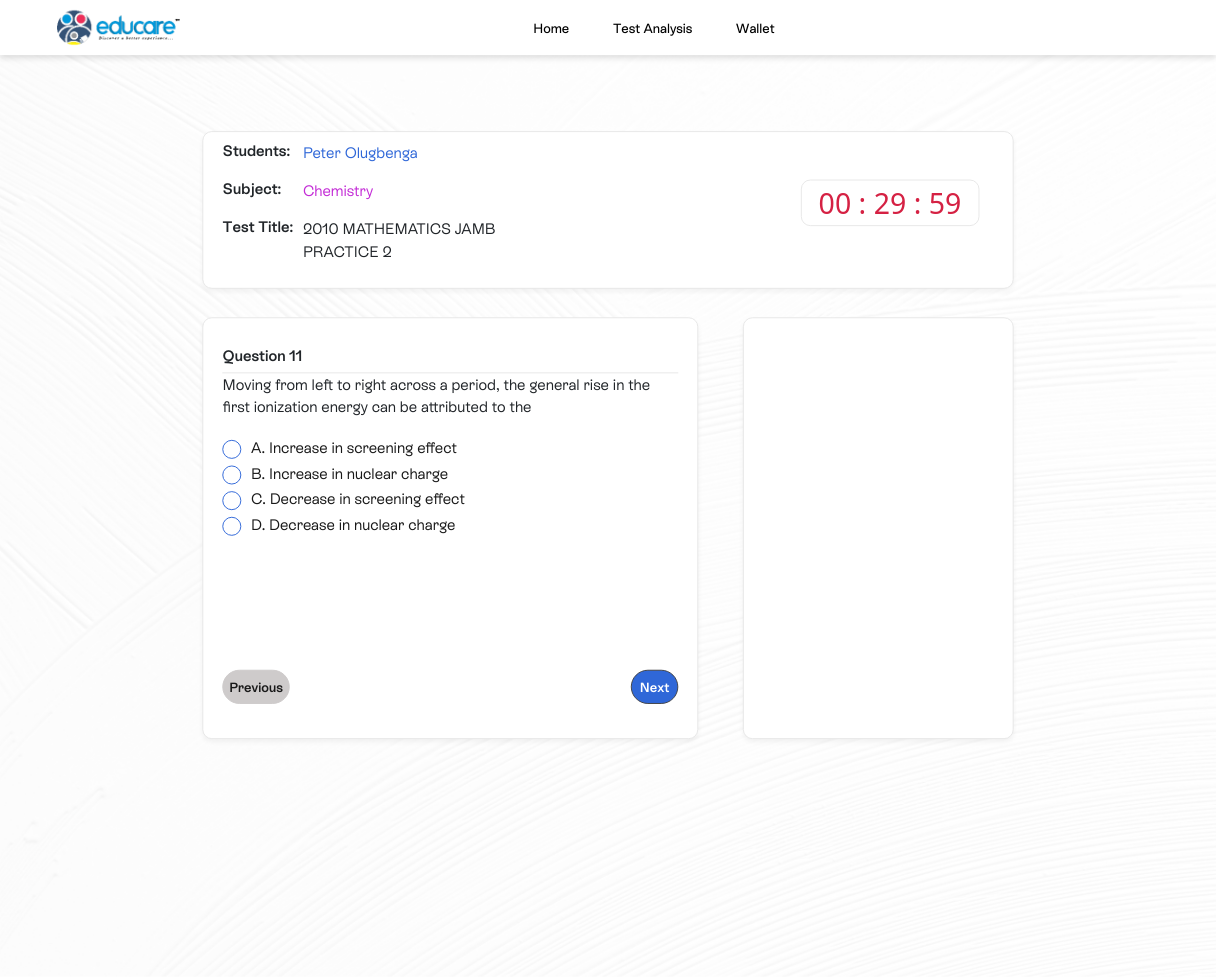
Repository: sarahnnanyelugo/educare-cbt
Page: /questions-dashboard
These files come from the project's save history. The page is drawn as it stood at one moment and after the next save; the edit follows.
The browser window is 1280 px wide. The pictures show the whole page, at 95% of full size.
The project was rebuilt for these pictures with package versions that can differ from the ones it lists, and the page was loaded fresh each time. Also part of the build but not shown: src/components/Form/Form.js, src/pages/AuthenticationPage/auth.scss, src/pages/AuthenticationPage/AuthenticationPage.js, src/components/TestModal/test-modal.scss, src/components/TestModal/TestModal.js, src/components/Exams/Exams.js, src/TestData/examsData.js, src/TestData/questionsData.js and 5 more. Imported but missing from the stored project, and not drawn on this page: src/components/Form/Password, src/components/GoogleButton/GoogleButton.

Above is the page before, as saved 2023-11-06 09:28:29.

After the next save:
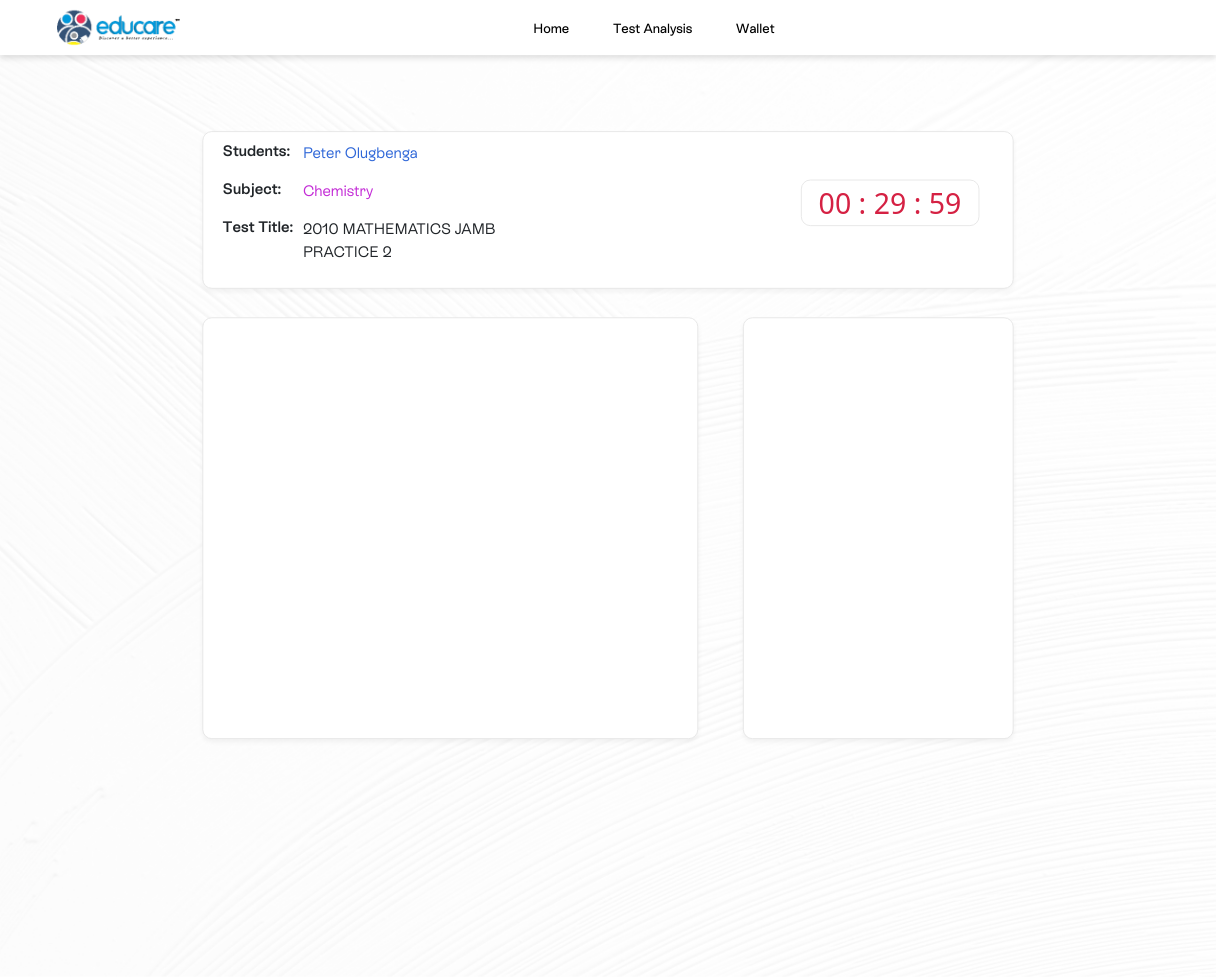
Saved 78 s later.
--- a/src/pages/Question/QuestionsDashboard.js
+++ b/src/pages/Question/QuestionsDashboard.js
@@ -32,56 +32,7 @@ export const QuestionsDashboard = () => {
         <div className="col-md-8 offset-md-2 flexy">
           {" "}
           <div className="col-md-8 ">
-            <div className="col-md-11  instructions">
-              <div className="title-div">
-                {" "}
-                <h6>Question 11</h6>
-              </div>
-              <p>
-                Moving from left to right across a period, the general rise in
-                the first ionization energy can be attributed to the
-              </p>
-              <div>
-                <input
-                  type="radio"
-                  id="answer-a"
-                  name="answers"
-                  value="answer-a"
-                />
-                <label for="answer-a">A. Increase in screening effect</label>
-              </div>
-              <div>
-                <input
-                  type="radio"
-                  id="answer-b"
-                  name="answers"
-                  value="answer-b"
-                />
-                <label for="answer-b">B. Increase in nuclear charge</label>
-              </div>
-              <div>
-                <input
-                  type="radio"
-                  id="answer-c"
-                  name="answers"
-                  value="answer-c"
-                />
-                <label for="answer-c">C. Decrease in screening effect</label>
-              </div>{" "}
-              <div>
-                <input
-                  type="radio"
-                  id="answer-d"
-                  name="answers"
-                  value="answer-d"
-                />
-                <label for="answer-d">D. Decrease in nuclear charge</label>
-              </div>
-              <div className="flexy mt">
-                <button className="previous-btn">Previous</button>
-                <button className="next-btn offset-md-9">Next</button>
-              </div>
-            </div>
+            <div className="col-md-11  instructions"></div>
           </div>
           <div className="col-md-4 instructions"></div>
         </div>
